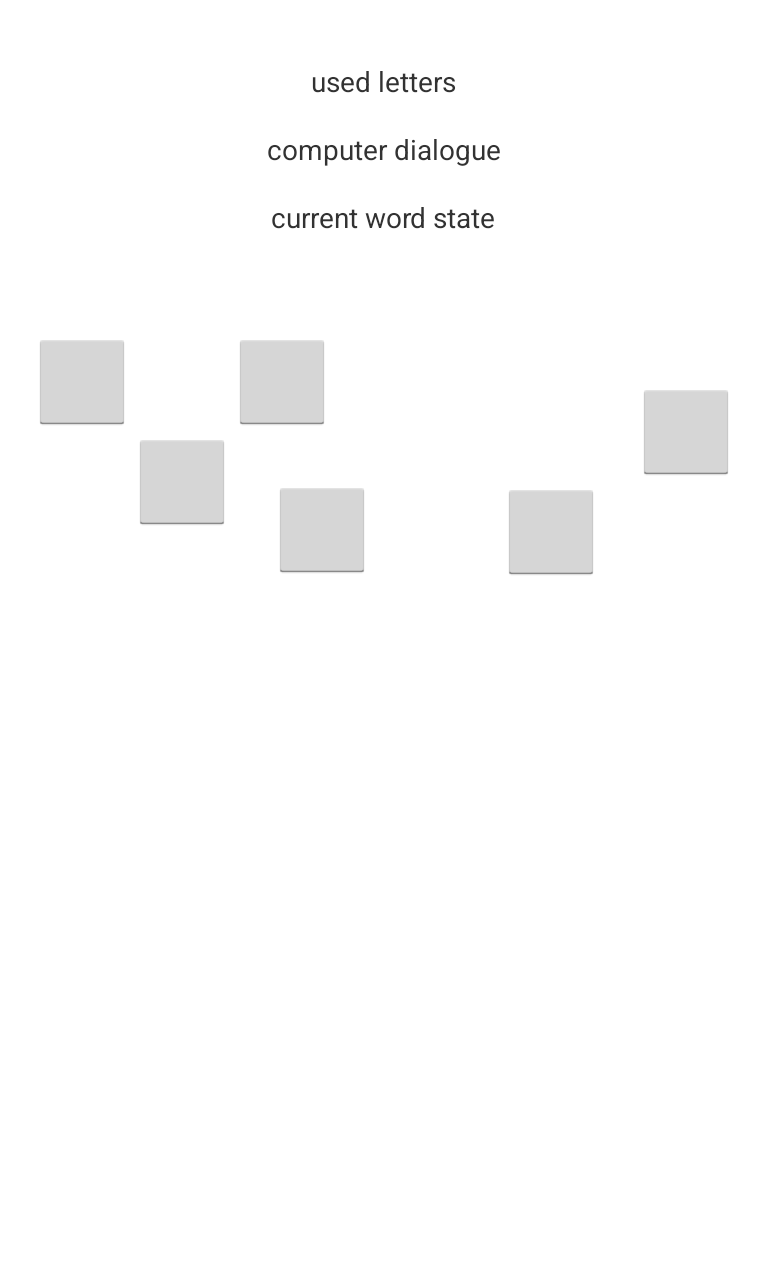
Repository: svandenhout/EvilSpaceMonsterHangman
Layout: evilSpaceMonsterHangman/res/layout/activity_main.xml
The author's editor kept a copy of each file at every save. The layout is drawn from the files as they stood at one save, then again after a run of saves.
It is drawn on a 768 x 1280 px phone screen (xhdpi) without system bars, with theme AppTheme; the app's code is not run.

Above is the layout before, as saved 2013-12-16 13:15:44.

After the next 2 saves:
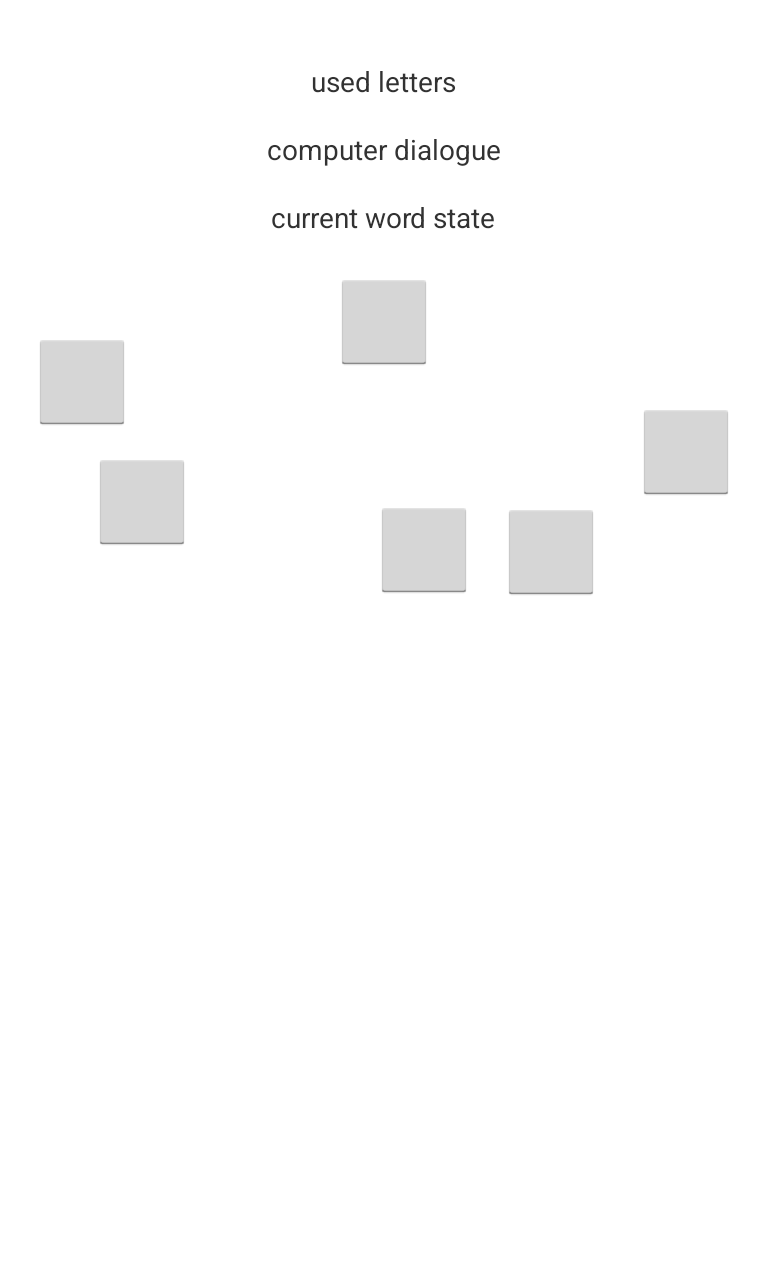
The 2 saves are shown as one change because they came seconds apart.
The last was saved 5 min 20 s later.
--- a/evilSpaceMonsterHangman/res/layout/activity_main.xml
+++ b/evilSpaceMonsterHangman/res/layout/activity_main.xml
@@ -44,22 +44,6 @@
         android:onClick="eyePress" />
 
     <Button
-        android:id="@+id/eye_5"
-        android:layout_width="50dp"
-        android:layout_height="50dp"
-        android:layout_below="@+id/eye_6"
-        android:layout_toRightOf="@+id/eye_6"
-        android:onClick="eyePress" />
-
-    <Button
-        android:id="@+id/eye_3"
-        android:layout_width="50dp"
-        android:layout_height="50dp"
-        android:layout_above="@+id/eye_5"
-        android:layout_toRightOf="@+id/eye_5"
-        android:onClick="eyePress" />
-
-    <Button
         android:id="@+id/eye_4"
         android:layout_width="50dp"
         android:layout_height="50dp"
@@ -86,4 +70,22 @@
         android:layout_toRightOf="@+id/computerDialogue"
         android:onClick="eyePress" />
 
+    <Button
+        android:id="@+id/eye_5"
+        android:layout_width="50dp"
+        android:layout_height="50dp"
+        android:layout_alignLeft="@+id/eye_6"
+        android:layout_below="@+id/eye_6"
+        android:layout_marginLeft="30dp"
+        android:layout_marginTop="10dp"
+        android:onClick="eyePress" />
+
+    <Button
+        android:id="@+id/eye_3"
+        android:layout_width="50dp"
+        android:layout_height="50dp"
+        android:layout_centerHorizontal="true"
+        android:layout_marginTop="120dp"
+        android:onClick="eyePress" />
+
 </RelativeLayout>
